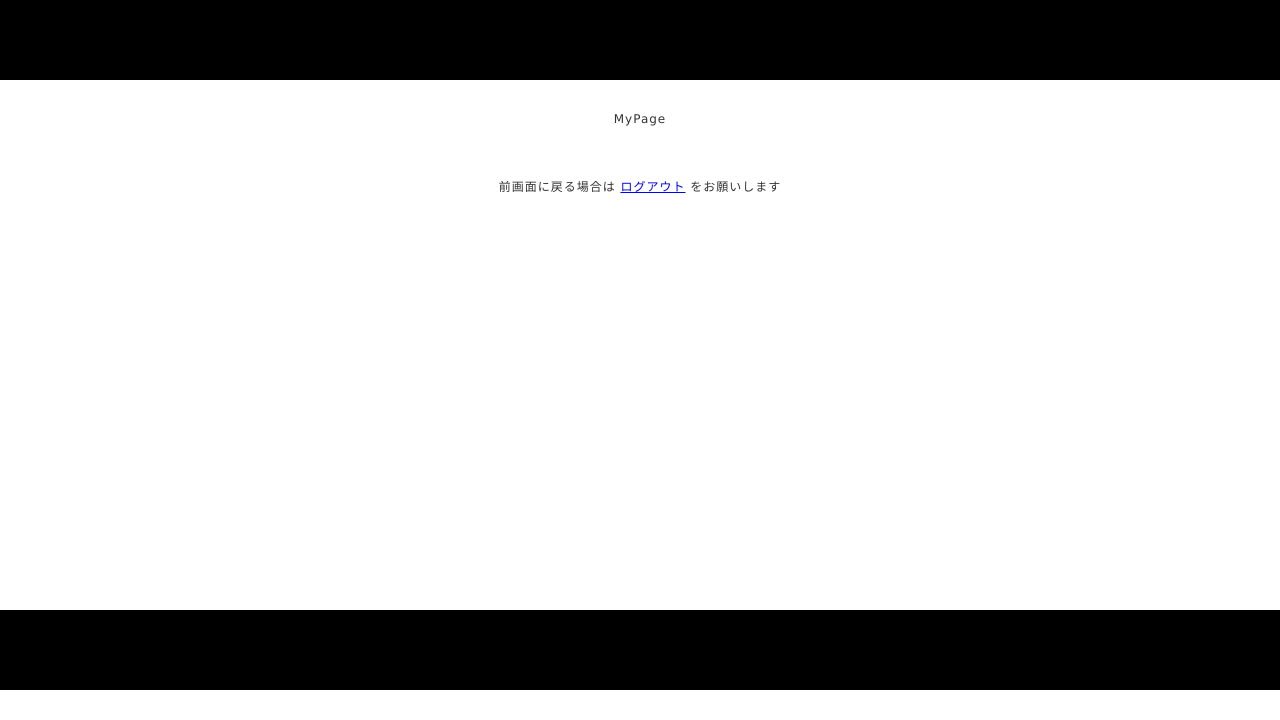
Repository: takaya1112/ECsite
Page: http://localhost/templete/myPage.jsp
An editor plug-in stored every save of this project. The page is shown before and after a run of saves, followed by the edit.
The browser window is 1280 px wide. The pictures show the whole page.
The page is served by Tomcat 9. Other server files are loaded and not shown.

Above is the page before, as saved 2018-10-29 11:44:40.

### templete/WebContent/myPage.jsp
<%@ page language="java" contentType="text/html; charset=UTF-8"
	pageEncoding="UTF-8"%>
<%@ taglib prefix="s" uri="/struts-tags"%>
<!DOCTYPE html>
<html>
<head>

<meta http-equiv="Content-Type" content="text/html; charset=utf-8" />
<meta http-equiv="Content-Style-Type" content="text/css" />
<meta http-equiv="Content-Script-Type" content="text/javascript" />
<meta http-equiv="imagetoolbar" content="no" />
<meta name="description" content="" />
<meta name="keywords" content="" />
<title>MyPage画面</title>
<style type="text/css">
/* ========TAG LAYOUT======== */
body {
	margin: 0;
	padding: 0;
	line-height: 1.6;
	letter-spacing: 1px;
	font-family: Verdana, Helvetica, sans-serif;
	font-size: 12px;
	color: #333;
	background: #fff;
}

table {
	text-align: center;
	margin: 0 auto;
}
/* ========ID LAYOUT======== */
#top {
	width: 780px;
	margin: 30px auto;
	前の続きです。
	次へ続きます。
	myPage.jspの作成
	border
	:
	1px
	solid
	#333;
}

#header {
	width: 100%;
	height: 80px;
	background-color: black;
}

#main {
	width: 100%;
	height: 500px;
	text-align: center;
}

#footer {
	width: 100%;
	height: 80px;
	background-color: black;
	clear: both;
}
</style>

</head>
<body>
	<div id="header">
		<div id="pr">
		</div>
	</div>
	<div id="main">
		<div id="top">
			<p>MyPage</p>
		</div>
		<div>
			<s:if test="session.message == ''">
				<h3>ご購入情報は以下になります。</h3>
				<table>
					<tr>
						<td>商品名</td>
						<td><s:property value="session.buyItem_name" /></td>
					</tr>
					</tr>
					<tr>
						<td>値段</td>
						<td>
						    <s:property value="session.total_price" />
						        <span>円</span>
						</td>
					</tr>
					<tr>
						<td>購入個数</td>
						<td>
						    <s:property value="session.total_count" />
						        <span>個</span>
						</td>
					</tr>
					<tr>
						<td>支払い方法</td>
						<td><s:property value="session.total_payment" /></td>
					</tr>
				</table>
                <s:form action="MyPageAction">
					<input type="hidden" name="deleteFlg" value="1">
					<s:submit value="削除" method="delete" />
				</s:form>
			</s:if>
			<s:if test="session.message != null">
				<h3><s:property value="session.message" /></h3>
			</s:if>
			<div>
				<br>
				<span>前画面に戻る場合は</span>
				<a href='<s:url action="HomeAction" />'>ログアウト</a>
				<span>をお願いします</span>
			</div>
		</div>
	</div>
	<div id="footer">
		<div id="pr"></div>
	</div>
</body>
</html>

After the next 6 saves:
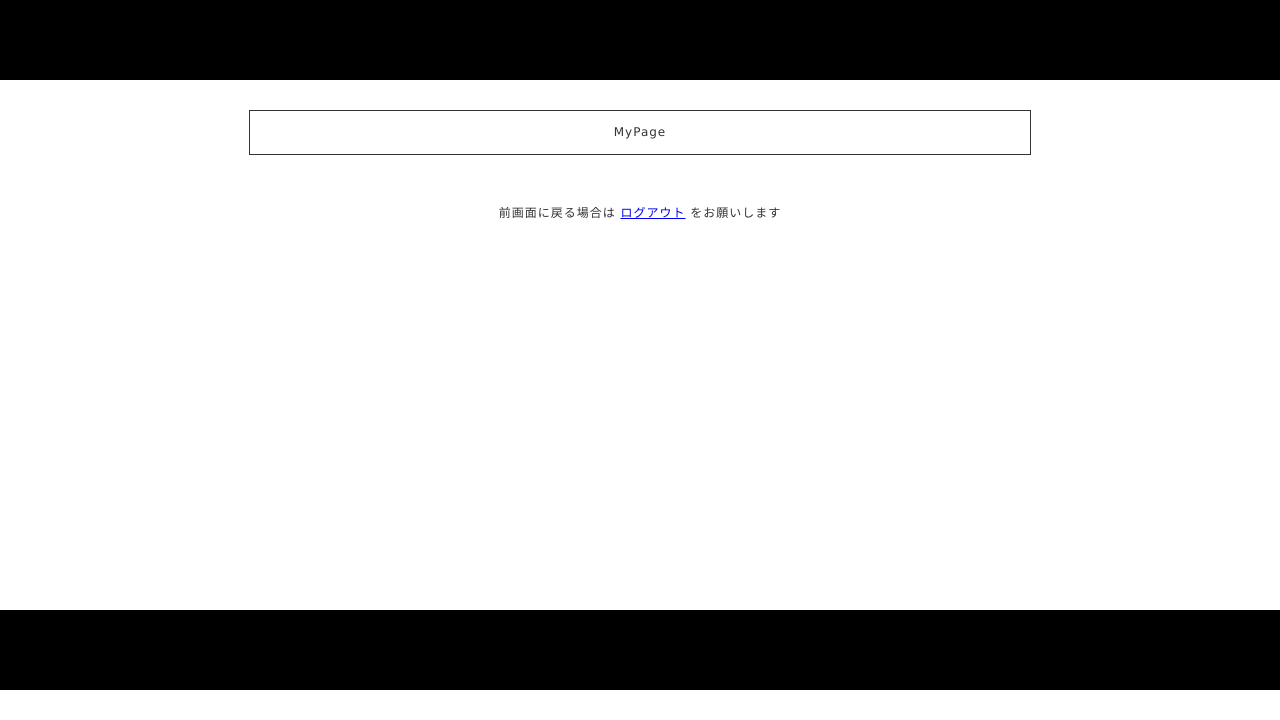
The 6 saves are shown as one change because 5 did not build or start.
The last was saved 5 min 38 s later.
--- a/templete/WebContent/myPage.jsp
+++ b/templete/WebContent/myPage.jsp
@@ -33,14 +33,7 @@ table {
 #top {
 	width: 780px;
 	margin: 30px auto;
-	前の続きです。
-	次へ続きます。
-	myPage.jspの作成
-	border
-	:
-	1px
-	solid
-	#333;
+	border:1px solid #333;
 }
 
 #header {
@@ -62,7 +55,6 @@ table {
 	clear: both;
 }
 </style>
-
 </head>
 <body>
 	<div id="header">
@@ -74,13 +66,12 @@ table {
 			<p>MyPage</p>
 		</div>
 		<div>
-			<s:if test="session.message == ''">
+			<s:if test="session.message == ">
 				<h3>ご購入情報は以下になります。</h3>
 				<table>
 					<tr>
 						<td>商品名</td>
 						<td><s:property value="session.buyItem_name" /></td>
-					</tr>
 					</tr>
 					<tr>
 						<td>値段</td>
